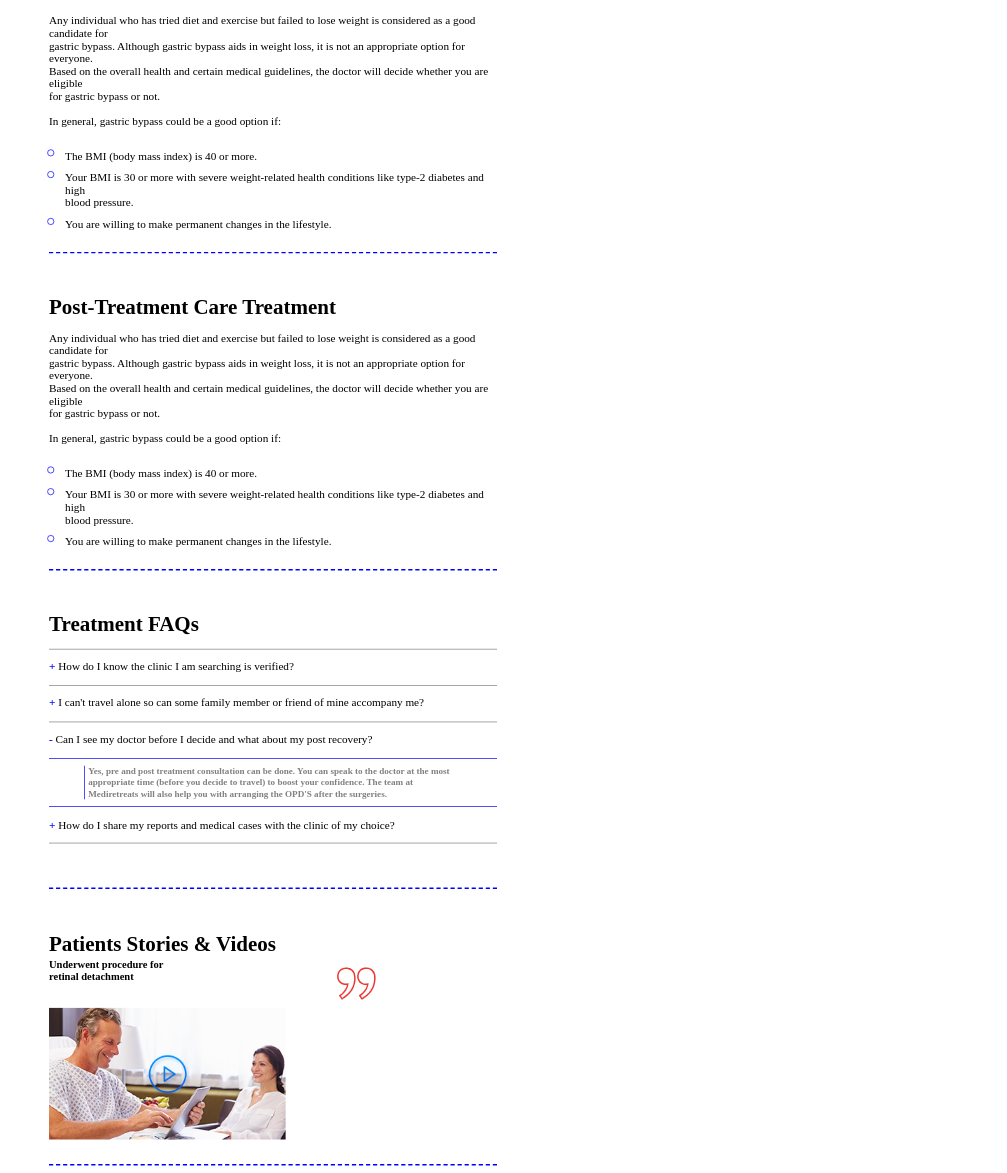
Repository: hetuk2005/webDevelopment
Page: Projects/Aafiya.html
These files come from the project's save history. The page is drawn as it stood at one moment and after the next save; the edit follows.
The browser window is 1280 px wide. The page is 1438 px wide, so the pictures cover 1438 px, including what lies to the right of the window. The pictures show the part of the page from y = 2787 to 4507 px (the page is 4462 px tall before and 4507 px after), at 70% of full size.

Above is the page before, as saved 2025-04-08 10:32:22.

### Projects/Aafiya.html
<!DOCTYPE html>
<html lang="en">

<head>
    <meta charset="UTF-8" />
    <meta name="viewport" content="width=device-width, initial-scale=1.0" />
    <title>Hetuk</title>
    <link rel="stylesheet" href="./CSS/Aafiya.css" />
</head>

<body>
    <nav>
        <div class="child1">
            <div class="images">
                <img src="./Images/Aafiya Logo.svg" alt="Aafiya Logo" class="img1" /><br />
                <img src="./Images/Logo 2.png" alt="Logo" class="img2" />
            </div>
            <div class="image_text">
                <div class="book_text">
                    <img src="./Images/Book.svg" alt="Book" class="img3" />
                    <div class="grid">
                        <br />
                        <p class="text">Second Medical Option</p>
                        <p class="text1">Book Consultation</p>
                    </div>
                </div>
                <div class="call_text">
                    <img src="./Images/Call.svg" alt="Call" class="img4" /><br />
                    <div class="grid">
                        <br />
                        <p class="text">Call Us On</p>
                        <p class="text1">985 896 2222</p>
                    </div>
                </div>
                <div class="mail_text">
                    <img src="./Images/Mail.png" alt="Mail" class="img5" />
                    <div class="grid">
                        <br />
                        <p class="text">Email Us On</p>
                        <p class="text1">info@mediretreats.com</p>
                    </div>
                </div>
                <div class="India">
                    <img src="./Images/India.svg" alt="India Flag" class="img6" />
                    <img src="./Images/Dropdown Arrow.svg" alt="Dropdown Arrow" class="img7" />
                </div>
            </div>
        </div>
        <div class="child2">
            <ul>
                <li>Home</li>
                <li>About Us</li>
                <li>Treatments +</li>
                <li>Destinations +</li>
                <li>Hospitals</li>
                <li>FAQs</li>
                <li>Blog</li>
                <li>Request A Quote</li>
            </ul>
            <input type="search" placeholder="Search" />
        </div>
    </nav>
    <div class="home_img">
        <div class="home_child">
            <p class="home_content">Home</p>
            <span> > </span>
            <p class="home_content">Treatments</p>
            <span> > </span>
            <p class="home_content">Orthopaedics</p>
            <span> > </span>
            <p class="home_content">Knee Replacement</p>
        </div>
        <br />
        <h3>Total Knee Replacement</h3>
        <p class="home_description">
            Total knee replacement is a surgery to remove and replace the whole<br /> damaged knee joint with an artificial joint.
        </p>
        <br />
        <button class="enquire_now">Enquire Now</button>
    </div>
    <div class="nav2">
        <ul>
            <li class="list">Overview</li>
            <li>Eligibility</li>
            <li>Preparation</li>
            <li>About Treatment</li>
            <li>Post-Treatment Care</li>
            <li>Recovery Tips</li>
            <li>FAQs</li>
            <li>Patients Stories</li>
        </ul>
    </div>
    <div class="treatment_overview">
        <div class="treatment_text">
            <h3>Treatment Overview</h3>
            <br />
            <p>
                Lorem ipsum dolor sit amet consectetur adipisicing elit.<br /> Earum, culpa vel debitis incidunt non quis.
            </p>
            <br />
            <p>
                Lorem ipsum dolor sit amet consectetur adipisicing elit.<br /> aliquam repudiandae, corporis consectetur dolorem eum.<br /> facilis quasi, praesentium inventore expedita quo hic.
            </p>
            <br />
            <p>
                Lorem ipsum dolor sit amet culpa vel debitis<br /> consectetur, adipisicing elit. Adipisci, nemo.
            </p>
            <br />
        </div>
        <div class="treatment_img">
            <img src="./Images/treatment_overview (1).jpg" alt="Image" />
        </div>
    </div>
    <div class="eligibility_for_treatment">
        <div class="eligibility_text">
            <h3>Eligibility For Treatment</h3>
            <br />
            <p>
                Any individual who has tried diet and exercise but failed to lose weight is considered as a good candidate for<br /> gastric bypass. Although gastric bypass aids in weight loss, it is not an appropriate option for everyone.<br /> Based
                on the overall health and certain medical guidelines, the doctor will decide whether you are eligible<br /> for gastric bypass or not.
            </p>
            <br />
            <p>In general, gastric bypass could be a good option if:</p>
            <br />
            <ul>
                <li>The BMI (body mass index) is 40 or more.</li>
                <li>
                    Your BMI is 30 or more with severe weight-related health conditions like type-2 diabetes and high<br /> blood pressure.
                </li>
                <li>You are willing to make permanent changes in the lifestyle.</li>
            </ul>
        </div>
        <br /><br /><br />
        <div class="eligibility_form">
            <h3>Need Help?</h3>
            <br />
            <p>
                Just let us know. We will be happy to<br /> assist you.
            </p>
            <br /><br />
            <form>
                <input type="text" placeholder="Full Name" /><br /><br />
                <input type="email" placeholder="Email" /><br /><br />
                <input type="tel" placeholder="Phone Number" /><br /><br />
                <input type="textarea" placeholder="Describe Your Treatment Requirement" class="textarea" /><br /><br />
                <button class="Enquiry">Send Enquiry</button>
            </form>
        </div>
    </div>
    <div class="preparation_of_treatment">
        <h3>Preparation Of Treatment</h3>
        <br />
        <p>
            Any individual who has tried diet and exercise but failed to lose weight is considered as a good candidate for<br /> gastric bypass. Although gastric bypass aids in weight loss, it is not an appropriate option for everyone.<br /> Based on
            the overall health and certain medical guidelines, the doctor will decide whether you are eligible<br /> for gastric bypass or not.
        </p>
        <br />
        <p>In general, gastric bypass could be a good option if:</p>
        <br />
        <ul>
            <li>The BMI (body mass index) is 40 or more.</li>
            <li>
                Your BMI is 30 or more with severe weight-related health conditions like type-2 diabetes and high<br /> blood pressure.
            </li>
            <li>You are willing to make permanent changes in the lifestyle.</li>
        </ul>
    </div>
    <div class="about_treatment">
        <h3>About Treatment</h3>
        <br />
        <p>
            Any individual who has tried diet and exercise but failed to lose weight is considered as a good candidate for<br /> gastric bypass. Although gastric bypass aids in weight loss, it is not an appropriate option for everyone.<br /> Based on
            the overall health and certain medical guidelines, the doctor will decide whether you are eligible<br /> for gastric bypass or not.
        </p>
        <br />
        <p>In general, gastric bypass could be a good option if:</p>
        <br />
        <ul>
            <li>The BMI (body mass index) is 40 or more.</li>
            <li>
                Your BMI is 30 or more with severe weight-related health conditions like type-2 diabetes and high<br /> blood pressure.
            </li>
            <li>You are willing to make permanent changes in the lifestyle.</li>
        </ul>
    </div>
    <div class="post_treatment">
        <h3>Post-Treatment Care Treatment</h3>
        <br />
        <p>
            Any individual who has tried diet and exercise but failed to lose weight is considered as a good candidate for<br /> gastric bypass. Although gastric bypass aids in weight loss, it is not an appropriate option for everyone.<br /> Based on
            the overall health and certain medical guidelines, the doctor will decide whether you are eligible<br /> for gastric bypass or not.
        </p>
        <br />
        <p>In general, gastric bypass could be a good option if:</p>
        <br />
        <ul>
            <li>The BMI (body mass index) is 40 or more.</li>
            <li>
                Your BMI is 30 or more with severe weight-related health conditions like type-2 diabetes and high<br /> blood pressure.
            </li>
            <li>You are willing to make permanent changes in the lifestyle.</li>
        </ul>
    </div>
    <div class="treatment_recovery">
        <h3>Post-Treatment Care Treatment</h3>
        <br />
        <p>
            Any individual who has tried diet and exercise but failed to lose weight is considered as a good candidate for<br /> gastric bypass. Although gastric bypass aids in weight loss, it is not an appropriate option for everyone.<br /> Based on
            the overall health and certain medical guidelines, the doctor will decide whether you are eligible<br /> for gastric bypass or not.
        </p>
        <br />
        <p>In general, gastric bypass could be a good option if:</p>
        <br />
        <ul>
            <li>The BMI (body mass index) is 40 or more.</li>
            <li>
                Your BMI is 30 or more with severe weight-related health conditions like type-2 diabetes and high<br /> blood pressure.
            </li>
            <li>You are willing to make permanent changes in the lifestyle.</li>
        </ul>
    </div>
    <div class="treatment_faqs">
        <h3>Treatment FAQs</h3>
        <br />
        <p>How do I know the clinic I am searching is verified?</p>
        <br />
        <p>
            I can't travel alone so can some family member or friend of mine accompany me?
        </p>
        <br />
        <p class="answered">
            Can I see my doctor before I decide and what about my post recovery?
        </p>
        <br />
        <p class="answer">
            <span class="left">
          Yes, pre and post treatment consultation can be done. You can speak to
          the doctor at the most<br />
          appropriate time (before you decide to travel) to boost your
          confidence. The team at<br />
          Mediretreats will also help you with arranging the OPD'S after the
          surgeries.
        </span>
        </p>
        <br />
        <a class="bottom">
        How do I share my reports and medical cases with the clinic of my
        choice?
      </a>
        <br />
    </div>
    <div class="patient_stories">
        <h3>Patients Stories & Videos</h3>
        <div class="stories_img">
            <div class="text1">
                <p class="stories_text">Underwent procedure for<br> retinal detachment</p>
                <br>
                <img src="./Images/Quotes.svg" alt="Quotes" class="quotes">
            </div>
            <img src="./Images/Patient_Stories.png" alt="Image Of Patient" class="patients" />
        </div>
    </div>
</body>

</html>

### Projects/CSS/Aafiya.css
* {
    margin: 0;
    padding: 0;
    box-sizing: border-box;
}

nav {
    width: 100%;
}

.child1 {
    display: flex;
    padding-top: 15px;
    gap: 20px;
    /* height: 50vh; */
    /* border: 1px solid black; */
    justify-content: space-evenly;
    align-items: center;
}

.img3,
.img4,
.img5 {
    height: 60px;
    width: 60px;
    padding-top: 10px;
    object-fit: contain;
}

.book_text,
.call_text,
.mail_text {
    display: flex;
    width: 250px;
    /* border: 1px solid red; */
    justify-content: center;
    padding-bottom: 15px;
}

.grid {
    display: grid;
    text-align: left;
    padding-left: 10px;
}

.img1 {
    height: 70px;
    width: 300px;
    object-fit: contain;
}

.img2 {
    height: 80px;
    width: 70px;
    object-fit: contain;
}

.image_text {
    display: flex;
    gap: 20px;
    padding-right: 50px;
}

.images {
    display: flex;
    gap: 25px;
    padding-left: 50px;
    justify-content: center;
    align-items: center;
}

.text1 {
    font-weight: bolder;
    font-size: 15px;
}

.text {
    font-weight: bold;
    color: gray;
    font-size: 15px;
}

.India {
    display: flex;
    padding-left: 5px;
    justify-content: center;
    gap: 8px;
}

.India>.img6 {
    height: 50px;
    /* width: 50px; */
    padding-top: 10px;
    object-fit: contain;
}

.India>.img7 {
    height: 40px;
    /* width: 40px; */
    padding-top: 23px;
    object-fit: contain;
}

.child2 {
    display: flex;
    padding-top: 10px;
    /* border: 1px solid black; */
    justify-content: space-evenly;
    align-items: center;
    color: white;
    padding-bottom: 10px;
    background-color: rgb(125, 163, 244);
}

.child2>ul {
    list-style-type: none;
    display: flex;
    gap: 60px;
    justify-content: center;
    font-weight: bold;
    align-items: center;
    font-size: larger;
    padding-right: 60px;
}

.child2>input {
    height: 45px;
    background-color: rgb(125, 163, 244);
    width: 200px;
    padding-left: 10px;
    font-weight: bold;
    border: 2px solid black;
}

.child2>input::placeholder {
    color: white;
    text-align: center;
    font-size: large;
    font-weight: bolder;
    opacity: 0.8;
}

.home_img {
    background-image: url(../Images/Main\ Image.jpg);
    background-position: center center;
    background-size: cover;
    background-repeat: no-repeat;
    padding: 80px 0;
    padding-left: 70px;
    position: relative;
    color: white;
}

.home_img>.home_child {
    display: flex;
    gap: 20px;
}

.home_img>.home_child>.home_content,
span {
    font-size: 20px;
    font-weight: bold;
}

.home_img>h3 {
    font-size: 37px;
    font-weight: bolder;
    margin-bottom: 15px;
}

.home_img>.home_description {
    font-size: 19px;
    margin-bottom: 25px;
    font-weight: bold;
}

.home_img>.home_child>span {
    color: red;
}

.home_img>.enquire_now {
    background-color: #1da1f2;
    font-weight: bold;
    color: white;
    font-size: 17px;
    width: 170px;
    height: 40px;
}

.nav2>ul {
    list-style-type: none;
    display: flex;
    gap: 50px;
    padding-left: 60px;
    padding-top: 25px;
    padding-bottom: 20px;
    border-bottom: 2px solid gray;
    font-size: larger;
    font-weight: 300;
}

.nav2>ul>.list:hover {
    text-decoration: underline;
}

.treatment_overview {
    display: flex;
    width: 100%;
    gap: 50px;
    margin-bottom: 10px;
    border-bottom: 2px dashed blue;
    margin-left: 70px;
}

.treatment_overview>.treatment_text {
    padding-top: 67px;
    padding-bottom: 50px;
}

.treatment_overview>.treatment_text>p {
    font-size: 25px;
    padding-bottom: 25px;
}

.treatment_overview>.treatment_text>h3 {
    font-weight: bold;
    font-size: 30px;
}

.treatment_overview>.treatment_img>img {
    height: 480px;
    width: 700px;
    padding-top: 40px;
    padding-bottom: 40px;
    object-fit: contain;
    margin-right: 70px;
}

.eligibility_for_treatment {
    display: flex;
    width: 100%;
    gap: 80px;
    padding-top: 50px;
    margin-left: 70px;
}

.eligibility_for_treatment>.eligibility_text {
    border-bottom: 2px dashed blue;
}

.eligibility_for_treatment>.eligibility_text>h3 {
    font-size: 30px;
    font-weight: bold;
}

.eligibility_for_treatment>.eligibility_text>ul {
    list-style-type: circle;
    padding-left: 23px;
}

.eligibility_for_treatment>.eligibility_text>ul>li::marker {
    color: blue;
    font-size: 30px;
    font-weight: bold;
}

.eligibility_for_treatment>.eligibility_form>h3 {
    font-size: 35px;
    color: blue;
    font-weight: bold;
    font-style: italic;
}

.eligibility_form {
    box-shadow: 0 0 10px rgba(0, 0, 0, 0.4);
    border-radius: 7px;
    padding: 20px;
}

.eligibility_for_treatment>.eligibility_form>p {
    font-size: 20px;
}

.eligibility_for_treatment>.eligibility_form>form>input {
    height: 40px;
    width: 300px;
    gap: 20px;
    border: 2px solid black;
    border-radius: 7px;
}

.eligibility_for_treatment>.eligibility_form>form>input::placeholder {
    color: gray;
    padding-left: 15px;
}

.eligibility_for_treatment>.eligibility_form>form>.textarea {
    height: 100px;
    width: 300px;
    border: 2px solid black;
    border-radius: 7px;
}


/*.eligibility_for_treatment>.eligibility_form>form>.textarea::placeholder {
    padding-bottom: 70px;
}*/

.eligibility_for_treatment>.eligibility_form>form>button {
    background: linear-gradient(to right, #00aaff, #66ccff);
    color: white;
    width: 100%;
    border-radius: 7px;
    border: none;
    height: 45px;
}

.preparation_of_treatment>h3 {
    font-size: 30px;
    font-weight: bold;
}

.preparation_of_treatment {
    border-bottom: 2px dashed blue;
    margin-bottom: 10px;
    padding-bottom: 30px;
    gap: 50px;
    padding-top: 50px;
    margin-left: 70px;
    width: 50%;
}

.preparation_of_treatment>ul {
    list-style-type: circle;
    padding-left: 23px;
}

.preparation_of_treatment>ul>li::marker {
    color: blue;
    font-size: 30px;
    font-weight: bold;
}

.about_treatment {
    border-bottom: 2px dashed blue;
    margin-bottom: 10px;
    padding-bottom: 30px;
    gap: 50px;
    padding-top: 50px;
    margin-left: 70px;
    width: 50%;
}

.about_treatment>ul {
    list-style-type: circle;
    padding-left: 23px;
}

.about_treatment>ul>li::marker {
    color: blue;
    font-size: 30px;
    font-weight: bold;
}

.about_treatment>h3 {
    font-size: 30px;
    font-weight: bold;
}

.post_treatment {
    border-bottom: 2px dashed blue;
    margin-bottom: 10px;
    padding-bottom: 30px;
    gap: 50px;
    padding-top: 50px;
    margin-left: 70px;
    width: 50%;
}

.post_treatment>ul {
    list-style-type: circle;
    padding-left: 23px;
}

.post_treatment>ul>li::marker {
    color: blue;
    font-size: 30px;
    font-weight: bold;
}

.post_treatment>h3 {
    font-size: 30px;
    font-weight: bold;
}

.treatment_recovery {
    border-bottom: 2px dashed blue;
    margin-bottom: 10px;
    padding-bottom: 30px;
    gap: 50px;
    padding-top: 50px;
    margin-left: 70px;
    width: 50%;
}

.treatment_recovery>ul {
    list-style-type: circle;
    padding-left: 23px;
}

.treatment_recovery>ul>li::marker {
    color: blue;
    font-size: 30px;
    font-weight: bold;
}

.treatment_recovery>h3 {
    font-size: 30px;
    font-weight: bold;
}

.treatment_faqs>h3 {
    font-size: 30px;
    font-weight: bold;
}

.treatment_faqs {
    border-bottom: 2px dashed blue;
    padding-bottom: 45px;
    margin-bottom: 11px;
    gap: 50px;
    padding-top: 50px;
    margin-left: 70px;
    width: 50%;
}

.treatment_faqs>p {
    border-top: 1px solid gray;
    padding-top: 15px;
    counter-reset: value;
}

.treatment_faqs>p::before {
    counter-increment: value;
    content: "+  ";
    font-weight: bold;
    color: blue;
}

.treatment_faqs>.answered {
    counter-reset: value;
}

.treatment_faqs>.answered::before {
    counter-increment: value;
    content: "-  ";
    color: blue;
}

.treatment_faqs>.bottom {
    border-bottom: 1px solid gray;
    display: block;
    padding-bottom: 15px;
    counter-reset: value;
}

.treatment_faqs>.bottom::before {
    counter-increment: value;
    content: "+  ";
    font-weight: bold;
    color: blue;
}

.treatment_faqs>.answer {
    border-top: 1px solid blue;
    border-bottom: 1px solid blue;
    padding-left: 50px;
    padding-top: 10px;
    padding-bottom: 10px;
    counter-reset: value;
}

.treatment_faqs>.answer::before {
    counter-increment: value;
    content: "";
    color: blue;
}

.treatment_faqs>.answer>.left {
    border-left: 1px solid blue;
    display: block;
    font-size: small;
    padding-left: 5px;
    color: gray;
}

.patient_stories {
    border-bottom: 2px dashed blue;
    margin-bottom: 10px;
    padding-bottom: 30px;
    gap: 50px;
    padding-top: 50px;
    margin-left: 70px;
    width: 50%;
}

.patient_stories>h3 {
    font-size: 30px;
    font-weight: bold;
}

.patient_stories>.stories_img>.text1 {
    display: flex;
    gap: 20px;
    margin-top: 5px;
}

.patient_stories>.stories_img>.text1>.quotes {
    height: 70px;
    width: 70px;
    margin-left: 200px;
    object-fit: contain;
}

After the next save:
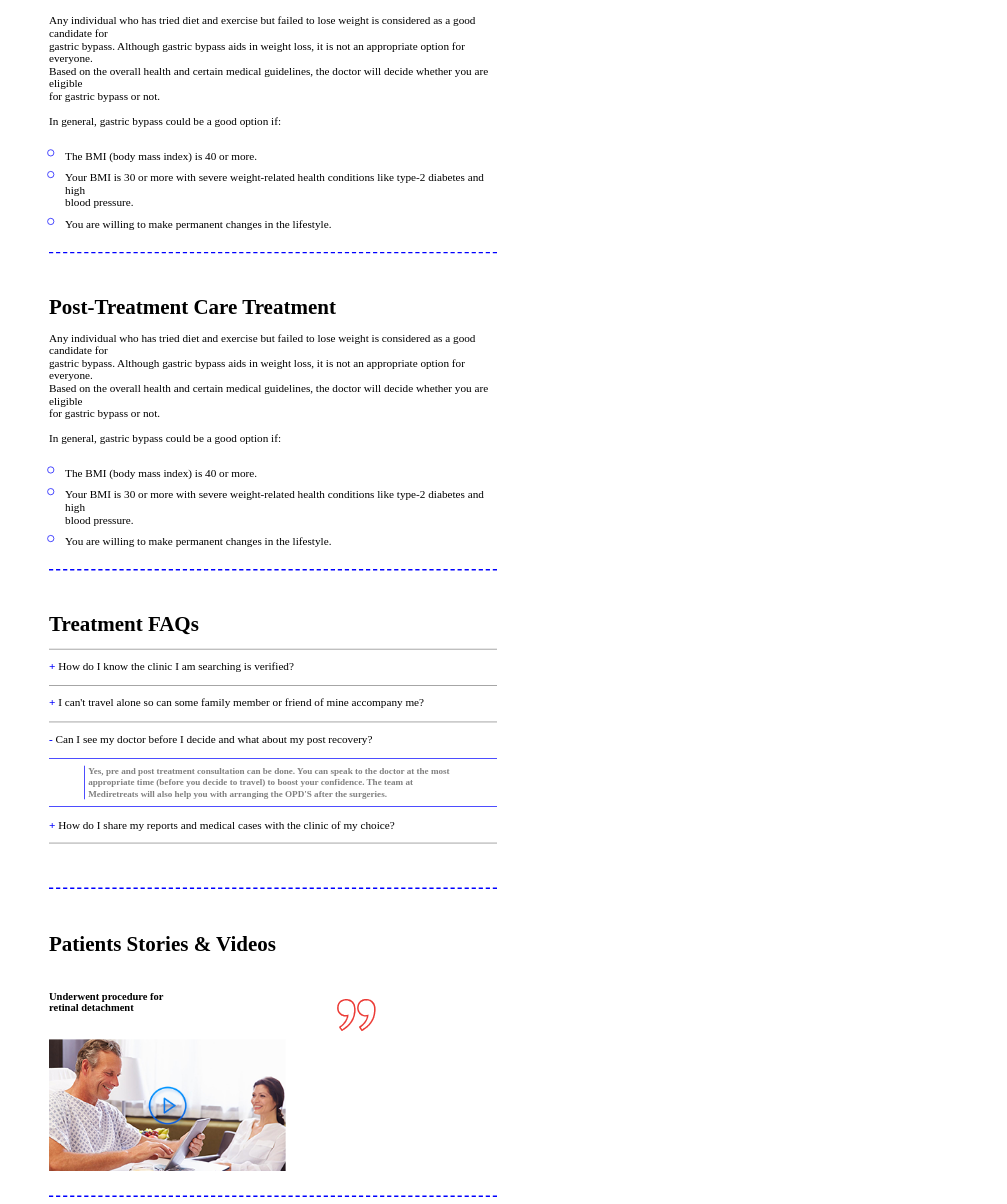
Saved 29 s later.
--- a/Projects/CSS/Aafiya.css
+++ b/Projects/CSS/Aafiya.css
@@ -512,7 +512,7 @@ span {
 .patient_stories>.stories_img>.text1 {
     display: flex;
     gap: 20px;
-    margin-top: 5px;
+    margin-top: 50px;
 }
 
 .patient_stories>.stories_img>.text1>.quotes {
